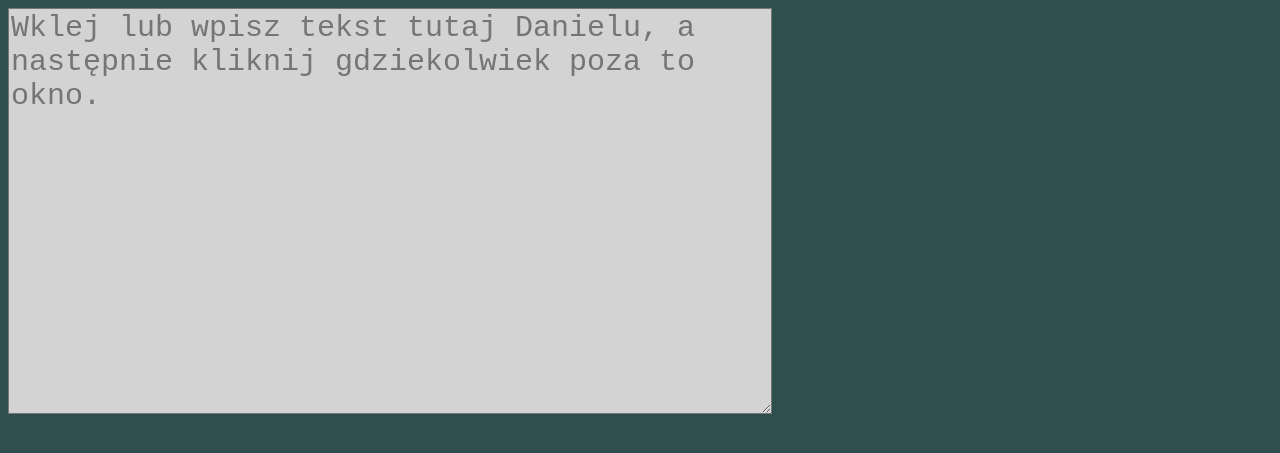
Repository: Gyeboorovsky/Playground
Page: Lettter Counter for Daniel/LetterCounter.html
The author's editor kept a copy of each file at every save. The page is drawn from the files as they stood at one save, then again after the next save.
The browser window is 1280 px wide. The pictures show the whole page.

Above is the page before, as saved 2020-04-05 03:26:53.

After the next save:
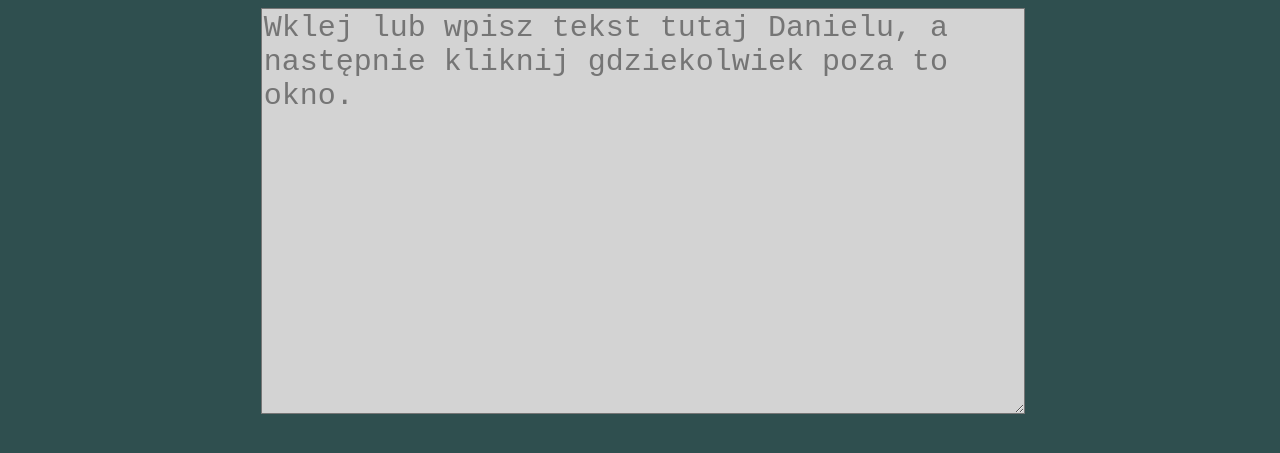
Saved 5 s later.
--- a/Lettter Counter for Daniel/style.css
+++ b/Lettter Counter for Daniel/style.css
@@ -13,7 +13,7 @@ body {
 
 #textarea {
     position: absolute;
-    margin-left: auto;
+    margin-left: 20%;
     width: 60%;
     height: 400px;
 }
